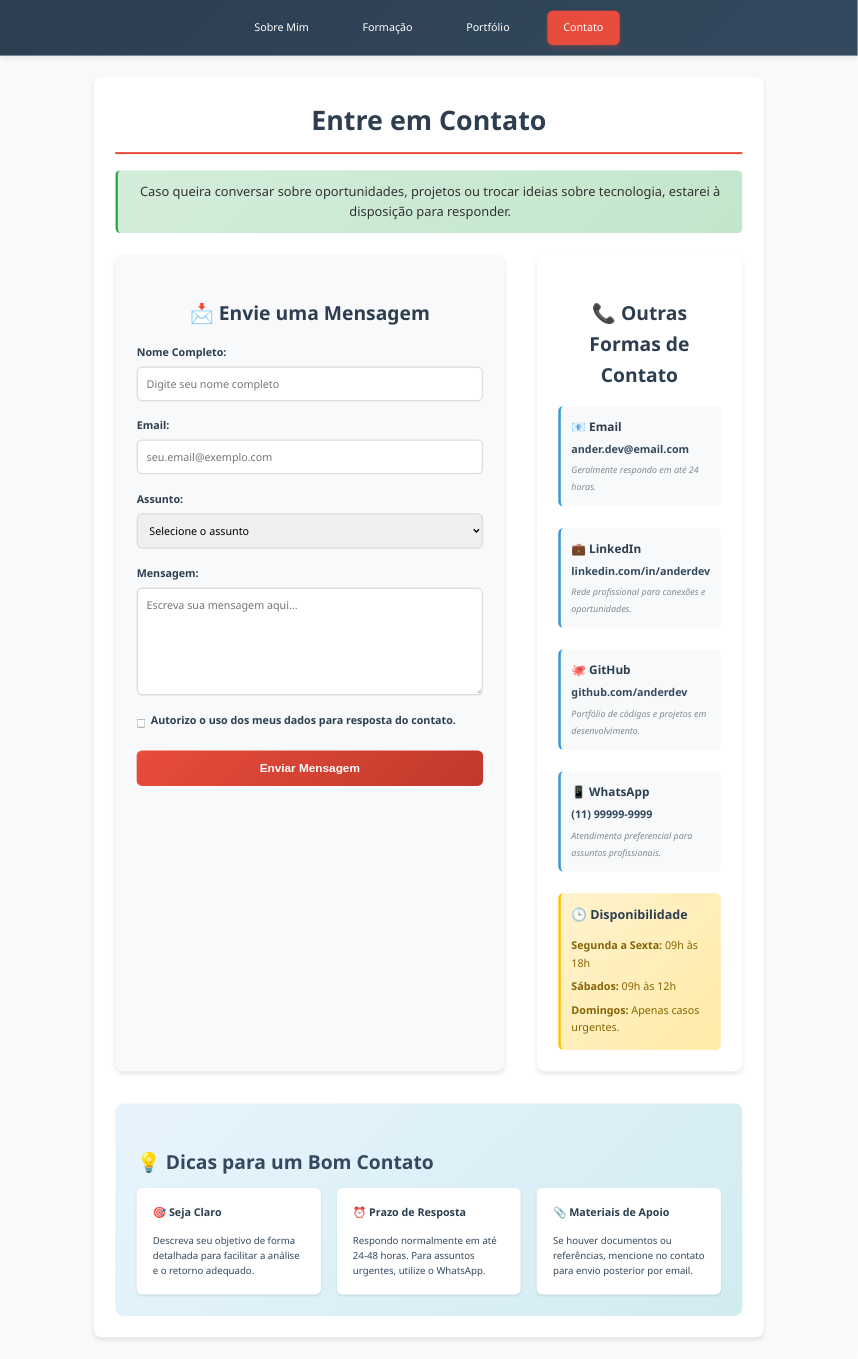
Repository: AnderHonorato/meu-portfolio
Page: contato.html
An editor plug-in stored every save of this project. The page is shown before and after the next save, followed by the edit.
The browser window is 1280 px wide. The pictures show the whole page, at 67% of full size.

Above is the page before, as saved 2025-08-26 20:02:51.

After the next save:
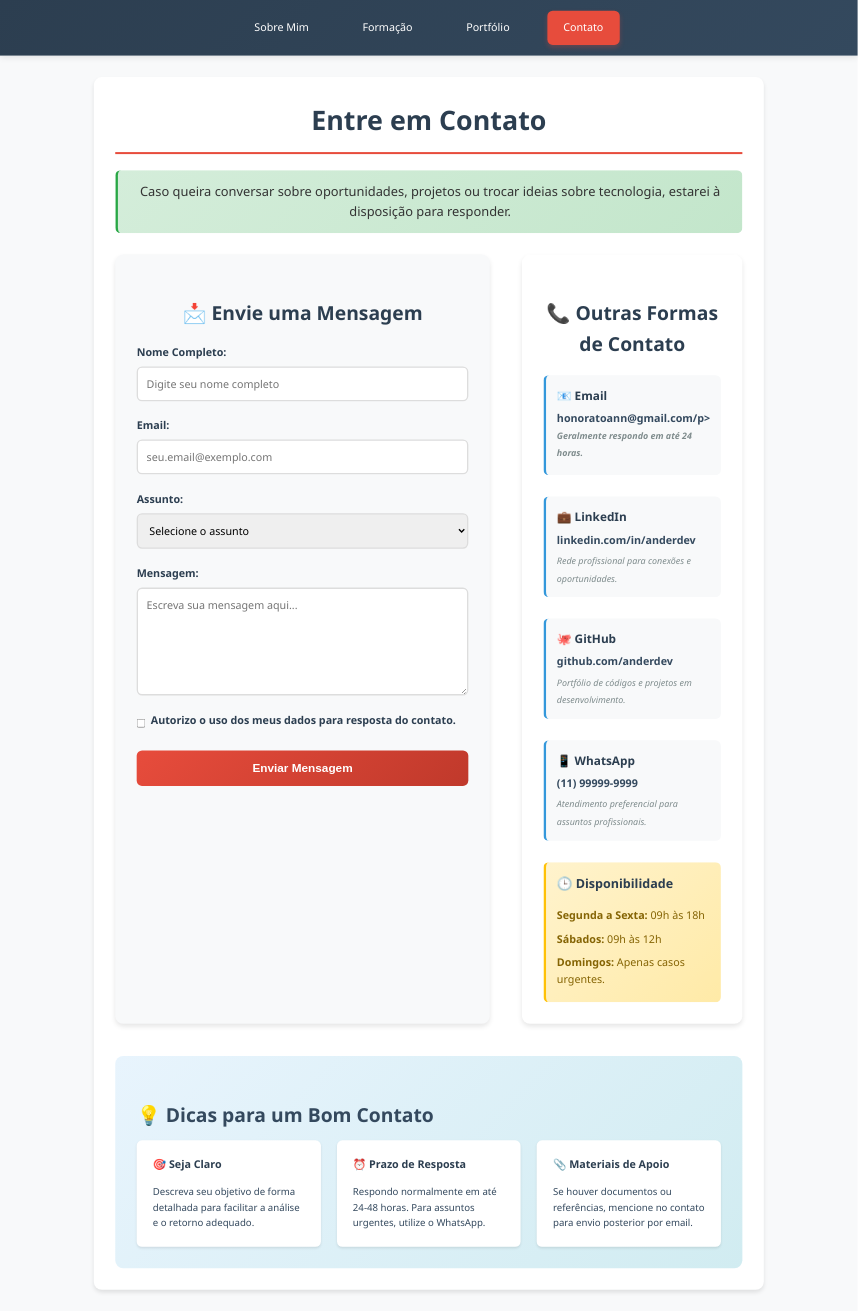
Saved 13 s later.
--- a/contato.html
+++ b/contato.html
@@ -80,7 +80,7 @@
 
                 <div class="contato-item">
                     <h3>📧 Email</h3>
-                    <p>ander.dev@email.com</p>
+                    <p>honoratoann@gmail.com/p>
                     <small>Geralmente respondo em até 24 horas.</small>
                 </div>
 

After the save that followed:
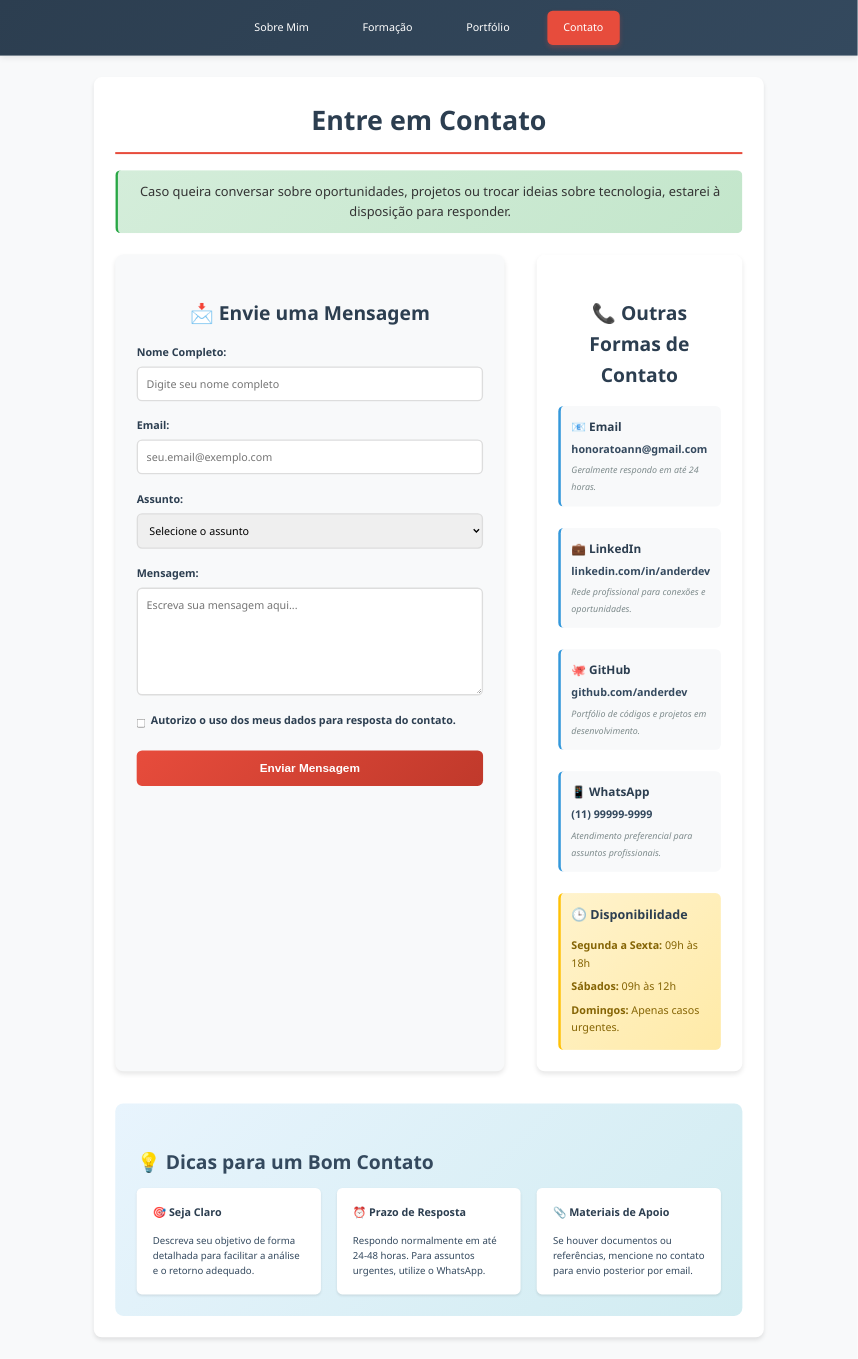
Saved 12 s later.
--- a/contato.html
+++ b/contato.html
@@ -80,7 +80,7 @@
 
                 <div class="contato-item">
                     <h3>📧 Email</h3>
-                    <p>honoratoann@gmail.com/p>
+                    <p>honoratoann@gmail.com</p>
                     <small>Geralmente respondo em até 24 horas.</small>
                 </div>
 
